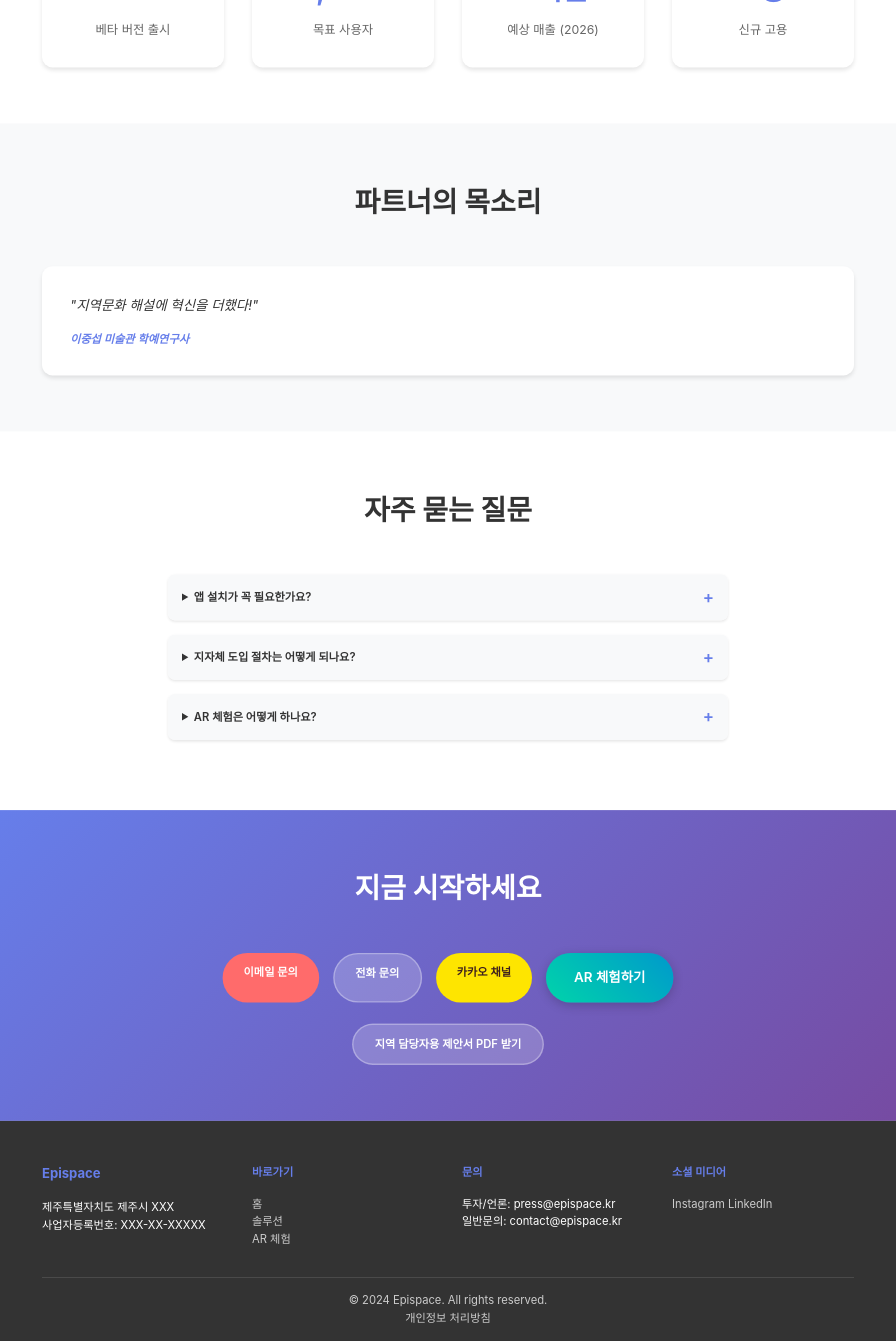
Repository: LILYSUMMER/LilyEpi
Page: index.html
An editor plug-in stored every save of this project. The page is shown before and after the next save, followed by the edit.
The browser window is 1280 px wide. The pictures show the part of the page from y = 2376 to 4296 px (the page is 4292 px tall before and 4296 px after), at 70% of full size.
Some web fonts or font styles are not loaded; a fallback is used.

Above is the page before, as saved 2025-06-17 21:51:21.

After the next save:
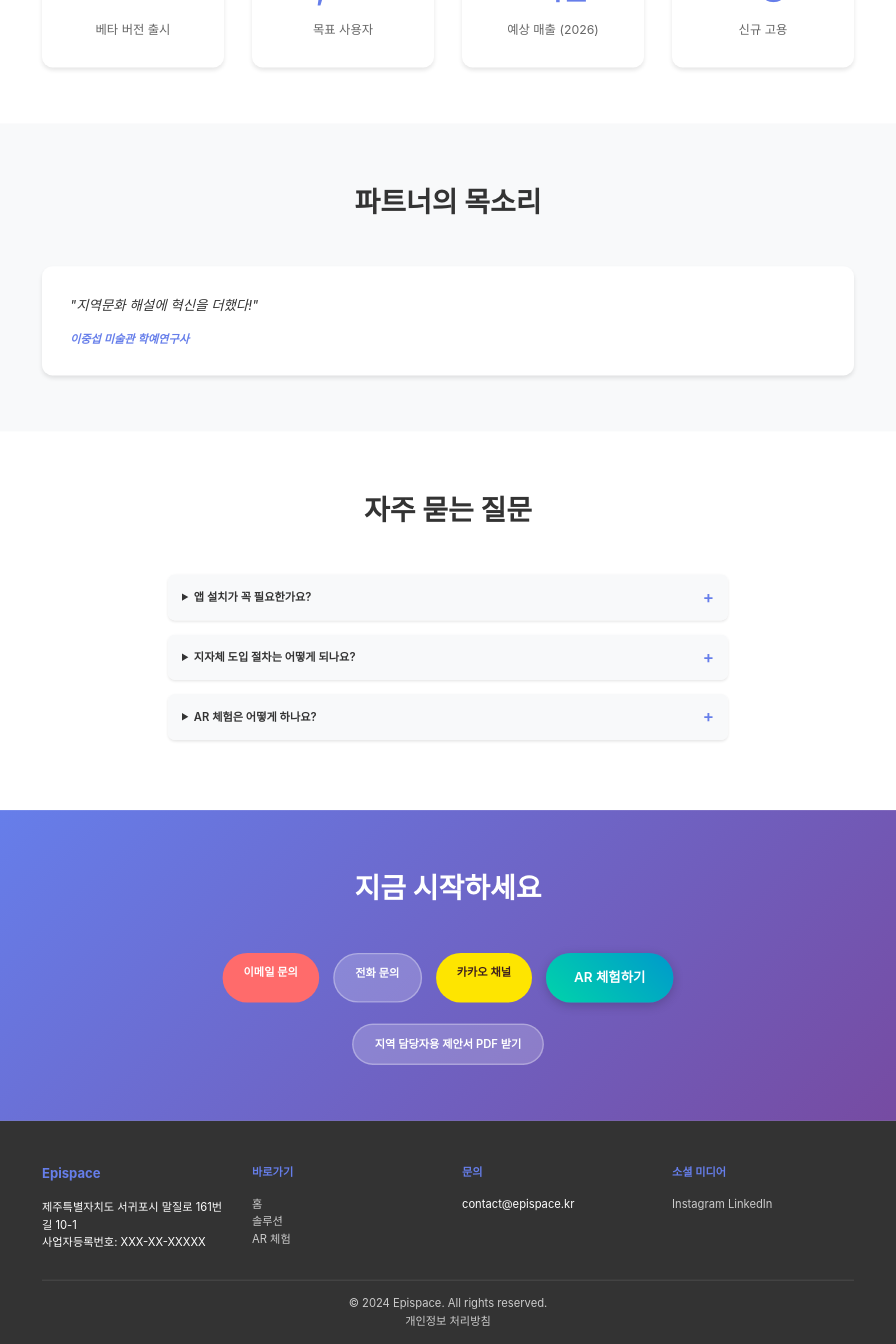
Saved 7 min 1 s later.
--- a/index.html
+++ b/index.html
@@ -578,7 +578,7 @@
             <div class="hero__cta">
                 <a href="#demo" class="btn btn--primary">체험 영상 보기</a>
                 <a href="#contact" class="btn btn--secondary">데모 문의하기</a>
-                <a href="ar.html" class="btn btn--ar">AR 체험하기</a>
+                <a href="ar.html" class="btn btn--ar" target="_blank">AR 체험하기</a>
             </div>
         </div>
     </section>
@@ -746,7 +746,7 @@
             <div class="footer__grid">
                 <div class="footer__company">
                     <h3>Epispace</h3>
-                    <p>제주특별자치도 제주시 XXX</p>
+                    <p>제주특별자치도 서귀포시 말질로 161번길 10-1</p>
                     <p>사업자등록번호: XXX-XX-XXXXX</p>
                 </div>
                 <div class="footer__links">
@@ -759,8 +759,7 @@
                 </div>
                 <div class="footer__contact">
                     <h4>문의</h4>
-                    <p>투자/언론: press@epispace.kr</p>
-                    <p>일반문의: contact@epispace.kr</p>
+                    <p>contact@epispace.kr</p>
                 </div>
                 <div class="footer__social">
                     <h4>소셜 미디어</h4>
